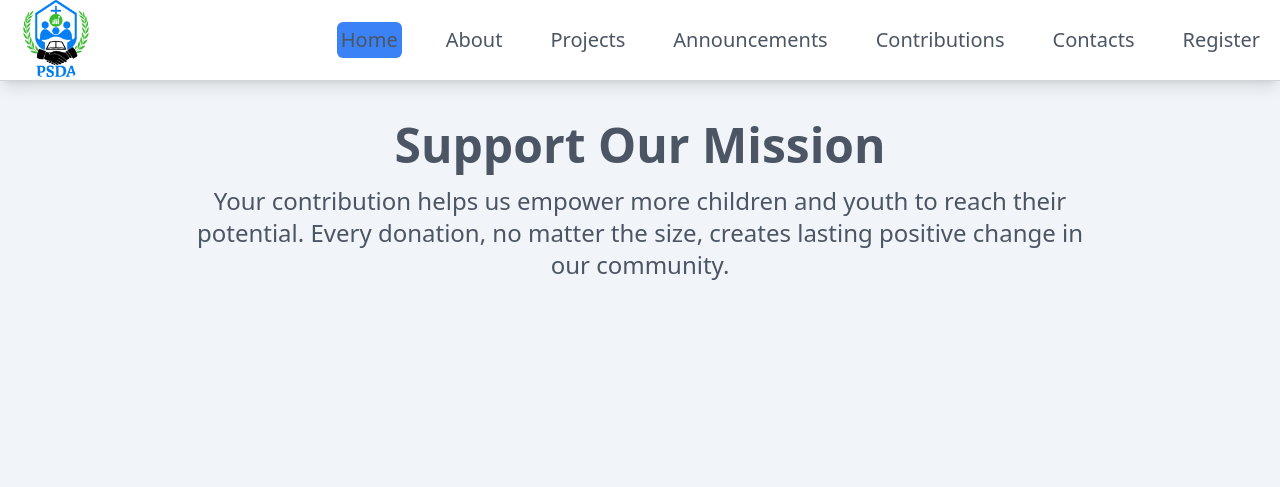
Repository: Zedestar/psda
Page: /contributions
These files come from the project's save history. The page is drawn as it stood at one moment and after the next save; the edit follows.
The browser window is 1280 px wide. The pictures show the whole page.
The project was rebuilt for these pictures with package versions that can differ from the ones it lists, and the page was loaded fresh each time. Also part of the build but not shown: src/components/cards/primary-card.jsx, src/components/cards/two-lines-card.jsx, src/components/button/full-rounded-button.jsx, src/components/homepic/index.jsx, src/pages/home/what-we-do.js, src/pages/home/home.jsx, src/components/cards/leaders-card.jsx, src/components/cards/secondary-card.jsx and 19 more.

Above is the page before, as saved 2025-07-21 20:38:16.

After the next save:
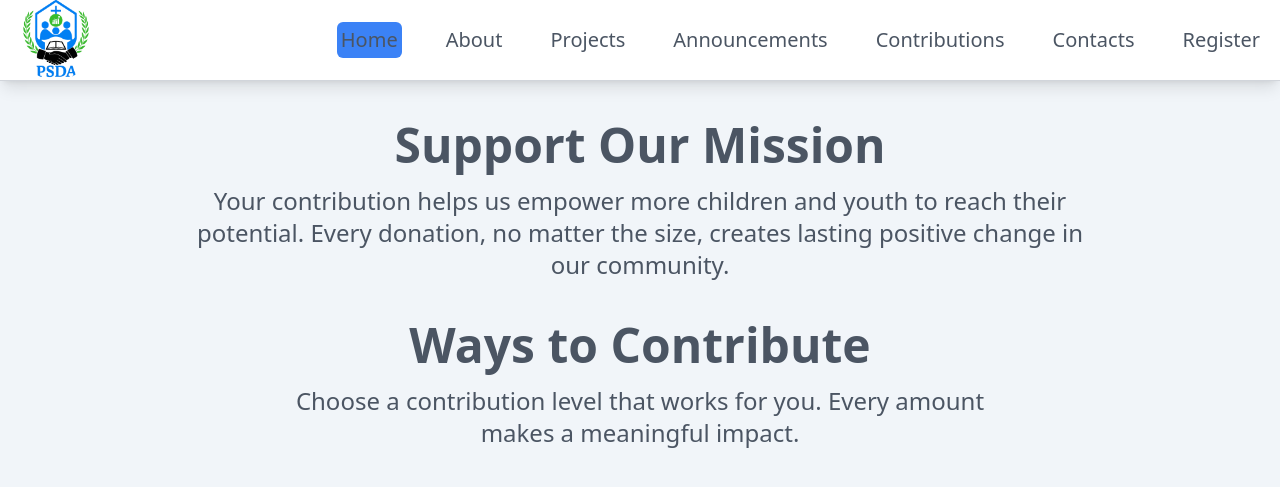
Saved 37 s later.
--- a/src/pages/contirbutions/contributions.jsx
+++ b/src/pages/contirbutions/contributions.jsx
@@ -1,6 +1,7 @@
 import FaceCard from "../../components/cards/face-card";
 import Container from "../../components/container/index";
 import support_out_mission_data from "./support_out_mission_data";
+import way_to_contribute_data from "./way_to_contribute_data";
 
 function Contributions() {
   return (
@@ -8,6 +9,9 @@ function Contributions() {
       {support_out_mission_data.map((item) => (
         <FaceCard item={item} />
       ))}
+      {way_to_contribute_data.map((item) => (
+        <FaceCard item={item} />
+      ))}
     </Container>
   );
 }
